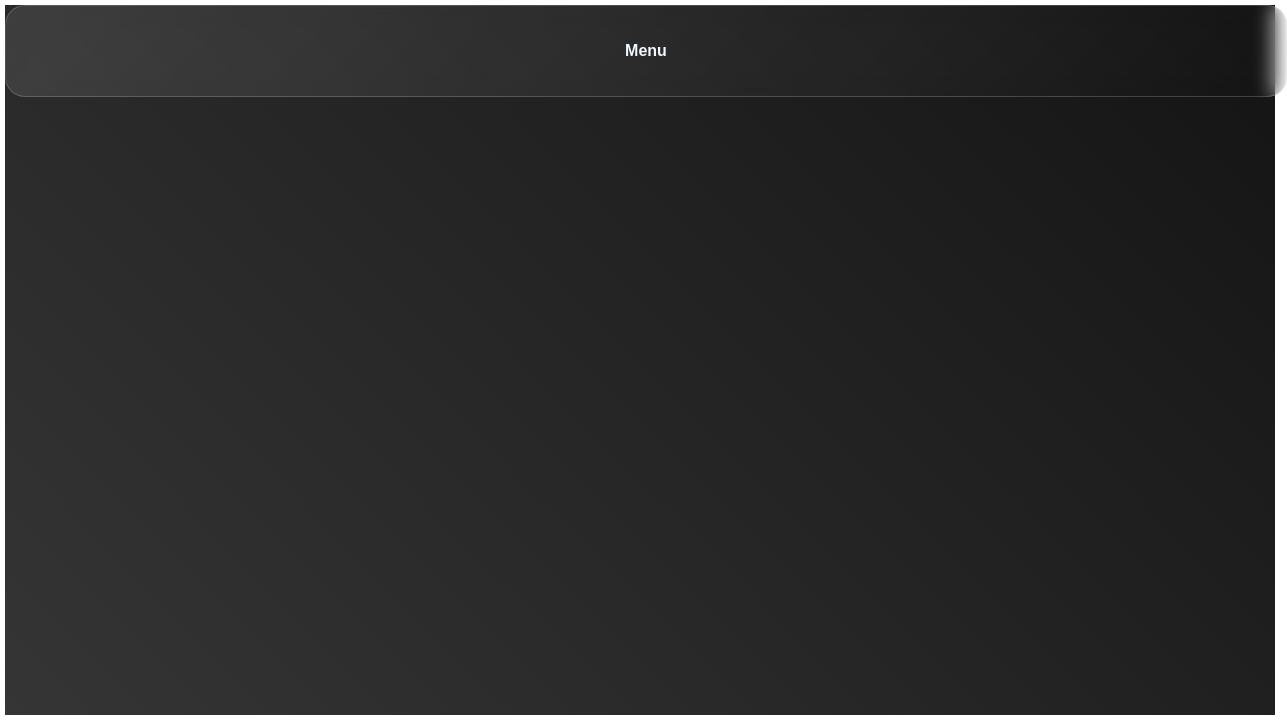
Repository: LynXHashib/dotfiles
Page: frontend/templates/messageTemplate.html
An editor plug-in stored every save of this project. The page is shown before and after the next save, followed by the edit.
The browser window is 1280 px wide. The page is 1287 px wide, so the pictures cover 1287 px, including what lies to the right of the window. The pictures show the whole page.

Above is the page before, as saved 2024-10-28 19:49:54.

After the next save:
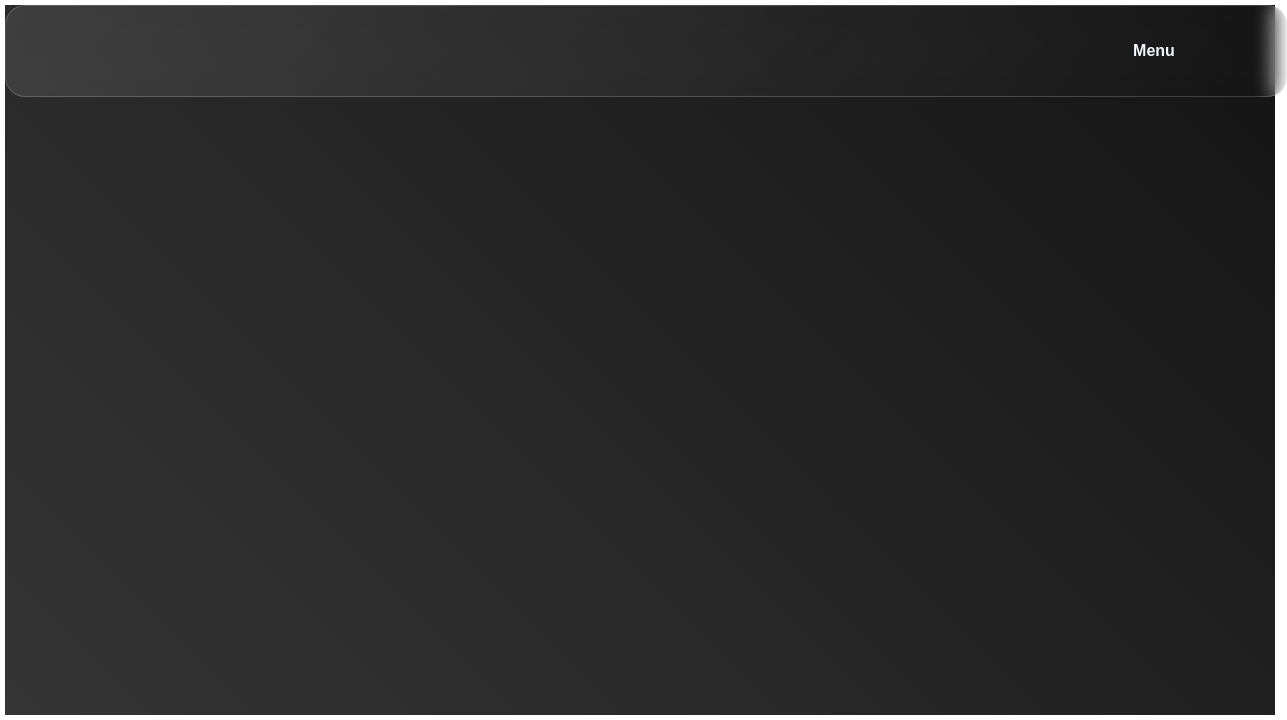
Saved 20 s later.
--- a/style.css
+++ b/style.css
@@ -54,11 +54,11 @@ body {
   /* box-shadow: 0 0px 20px 0 rgba(255, 254, 254, 0.37); */
 }
 
-.menuPanel {
+.panelLeft {
   flex: 80%;
 }
 
-.menuButton {
+.panelRight {
   flex: auto;
   filter: none;
 }
